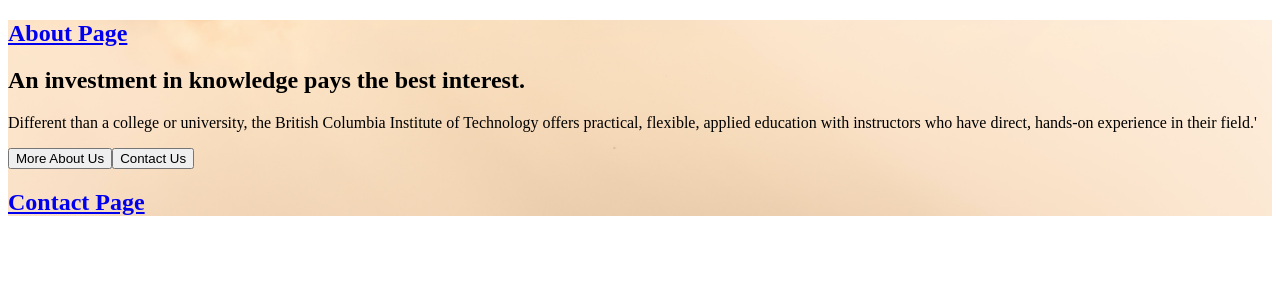
Repository: sierralaurent/MDIA2109-Assignment01
Page: /
An editor plug-in stored every save of this project. The page is shown before and after the next save, followed by the edit.
The browser window is 1280 px wide. The pictures show the whole page.
The project was rebuilt for these pictures with package versions that can differ from the ones it lists, and the page was loaded fresh each time. The framework's server and built-in components were replaced by stand-ins that run in the browser. Also part of the build but not shown: next.config.js.

Above is the page before, as saved 2023-01-31 16:15:11.

### pages/index.js
import Head from 'next/head'
import Image from 'next/image'
import { Inter } from '@next/font/google'
import styles from '@/styles/Home.module.css'
import Link from 'next/link'

const inter = Inter({ subsets: ['latin'] })

export default function Home() {
  return (
    <>
    <nav>
      <Head>
        <title>Home</title>
        <meta name="author" content="MDIA 2109" />
        <meta property="og:title" content="Assignment #1 - Home Page" />
        <meta property="og:description" content="BCIT Digital Design and Development Diploma" />
        <link rel="icon" href="/favicon.png" />
        </Head>
        <main className={styles.main} >
          <div>
          <Link href="/about">
          <h2>About Page</h2>
        </Link>
        <h1>An investment in knowledge pays the best interest.</h1>
        <p>Different than a college or university, the British Columbia Institute of Technology offers practical, flexible, applied education with instructors who have direct, hands-on experience in their field.'</p>
        <a><button>More About Us</button></a>
        <a><button>Contact Us</button></a>
        <Link href="/contact">
          <h2>Contact Page</h2>
        </Link>
          </div>
        </main>
    </nav>
    </>
  )
}

### styles/Home.module.css
.carouselImage {
  height: 200px;
  background-repeat: no-repeat;
  background-size: cover;
  display: flex;
  justify-content: center;
  align-items: center;
  margin: 40px 0px;
}
.main {
  background-image: url('/background-images/backgroundMountain.jpg');
  background-size: cover;
}

Loaded but not shown: pages/_document.js (common file); pages/api/hello.js (common file)

After the next save:
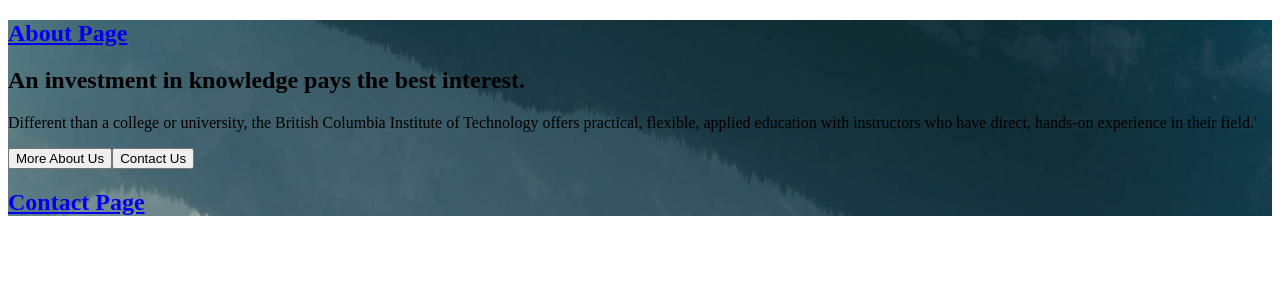
Saved 4 min 21 s later.
--- a/styles/Home.module.css
+++ b/styles/Home.module.css
@@ -8,6 +8,6 @@
   margin: 40px 0px;
 }
 .main {
-  background-image: url('/background-images/backgroundMountain.jpg');
+  background-image: url('/background-images/backgroundMountainUpsideDown.jpg');
   background-size: cover;
 }
